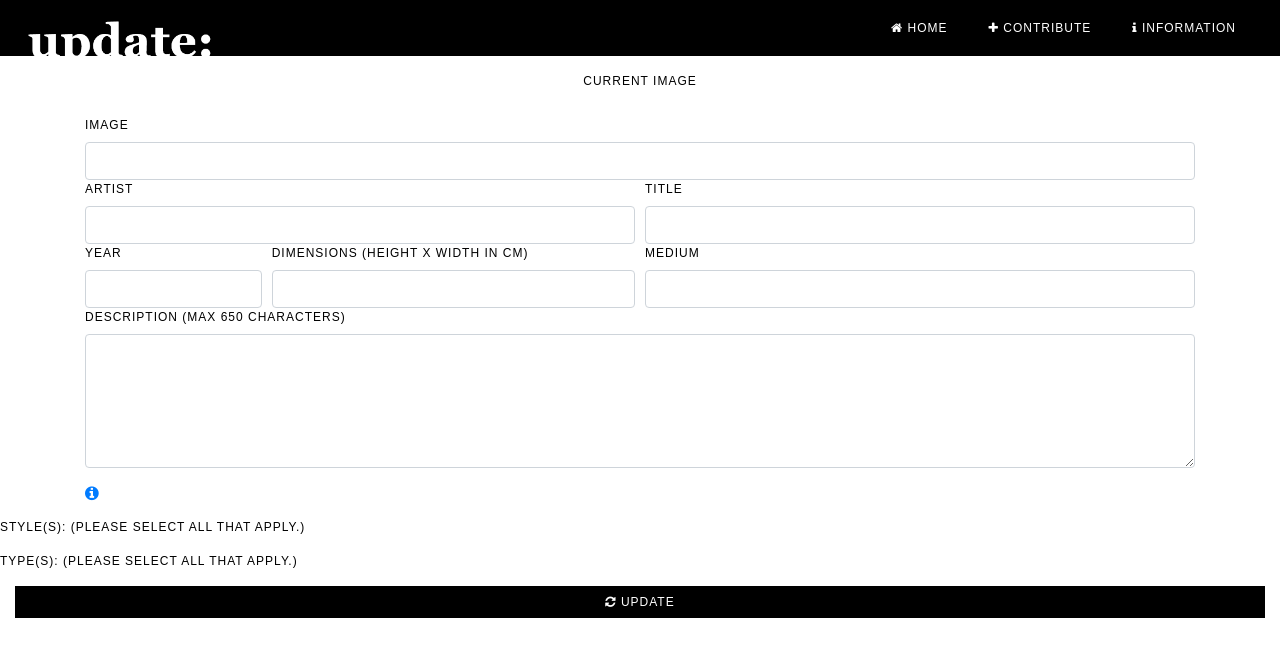
Repository: lynette-lyf/artwork-inventory
Page: templates/edit_artwork.template.html
The author's editor kept a record of every edit. The page is drawn from the files as they stood at one moment, then again after the next edit.
The browser window is 1280 px wide. The pictures show the whole page.
The page is served by the project's application, run on Flask 3 (app.py). The template is opened directly, without the code that normally fills it, so the values that code supplies are empty.

Above is the page before.

After the next edit:
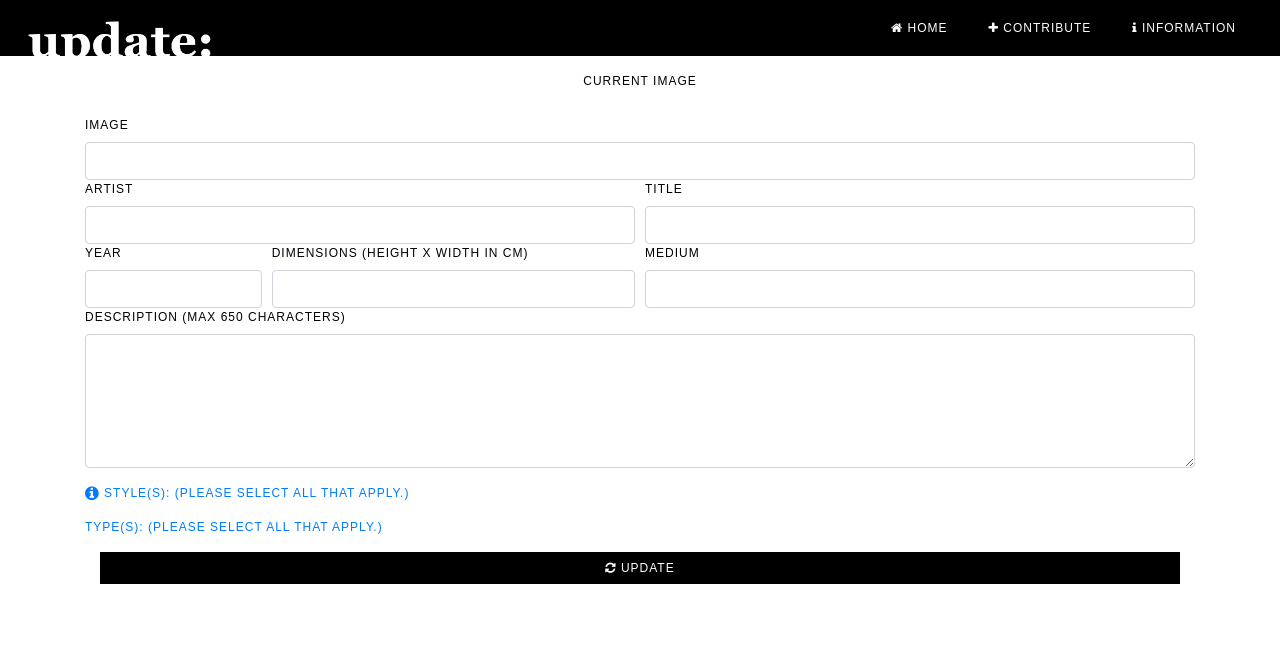
The edit:
--- a/templates/edit_artwork.template.html
+++ b/templates/edit_artwork.template.html
@@ -192,9 +192,9 @@
 
 
             <div class='form-group'>
-                <a href='information/artstyles'><i id="info-style" class="fa fa-info-circle fa-lg" aria-hidden="true"></i></a>
-           </div>
-           </div><p>Style(s): (Please select all that apply.)</p>
+                <a href='information/artstyles'><i id="info-style" class="fa fa-info-circle fa-lg" aria-hidden="true"></i>
+
+                Style(s): (Please select all that apply.)
                 {%for t in all_styles %}
                 <input type="checkbox" name="type" value="{{t}}"
                 {%if t in selected_type %}
